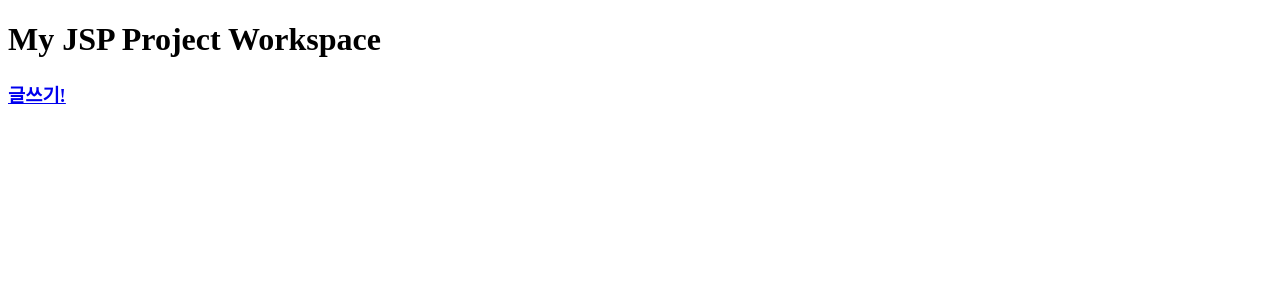
Repository: gajami-kim/240430_JSPJSTL_Study
Page: http://localhost/jsp_study2/
An editor plug-in stored every save of this project. The page is shown before and after the next save, followed by the edit.
The browser window is 1280 px wide. The pictures show the whole page.
The page is served by Tomcat 9.

Above is the page before, as saved 2024-04-16 06:15:45.

After the next save:
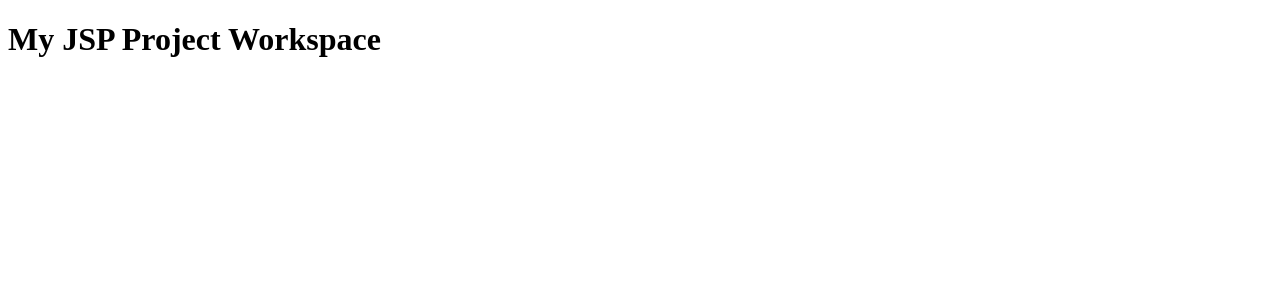
Saved 25 s later.
--- a/_jsp_workspace2/jsp_study2/src/main/webapp/index.jsp
+++ b/_jsp_workspace2/jsp_study2/src/main/webapp/index.jsp
@@ -8,6 +8,6 @@
 </head>
 <body>
 	<h1>My JSP Project Workspace</h1>
-	<h3> <a href="/brd/register">글쓰기!</a> </h3>
+
 </body>
 </html>
